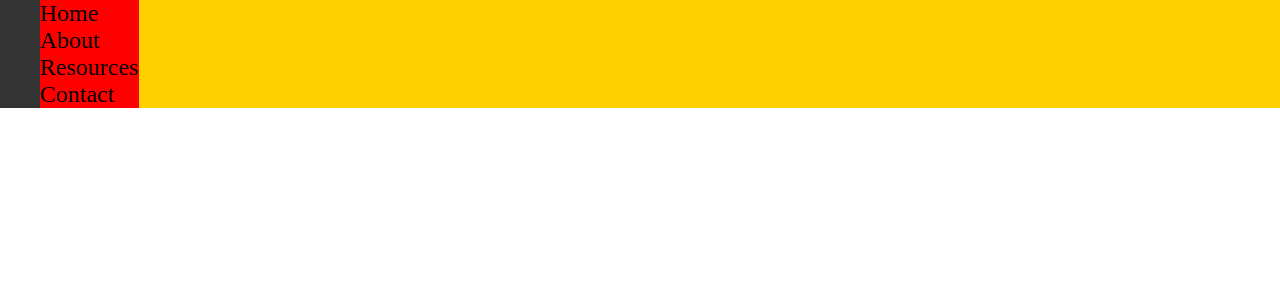
Repository: rdass1/COM421-FinalProject
Page: Website/index.html
These files come from the project's save history. The page is drawn as it stood at one moment and after a run of saves; the edit follows.
The browser window is 1280 px wide. The pictures show the whole page.

Above is the page before, as saved 2021-05-11 22:49:53.

After the next 2 saves:
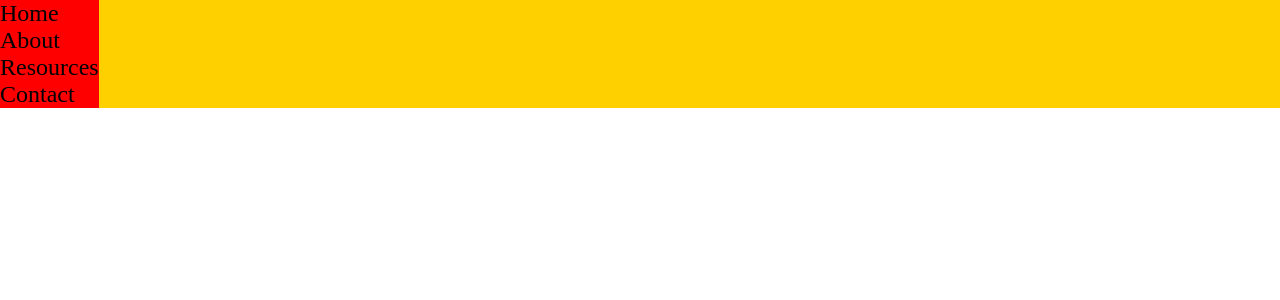
The 2 saves are shown as one change because they came seconds apart.
The last was saved 10 s later.
--- a/Website/css/index.css
+++ b/Website/css/index.css
@@ -21,6 +21,7 @@ header{
 
 #navbar ul{
     margin: 0px;
+    padding: 0px;
     background-color: #333333;
     overflow: hidden;
     list-style: none;
